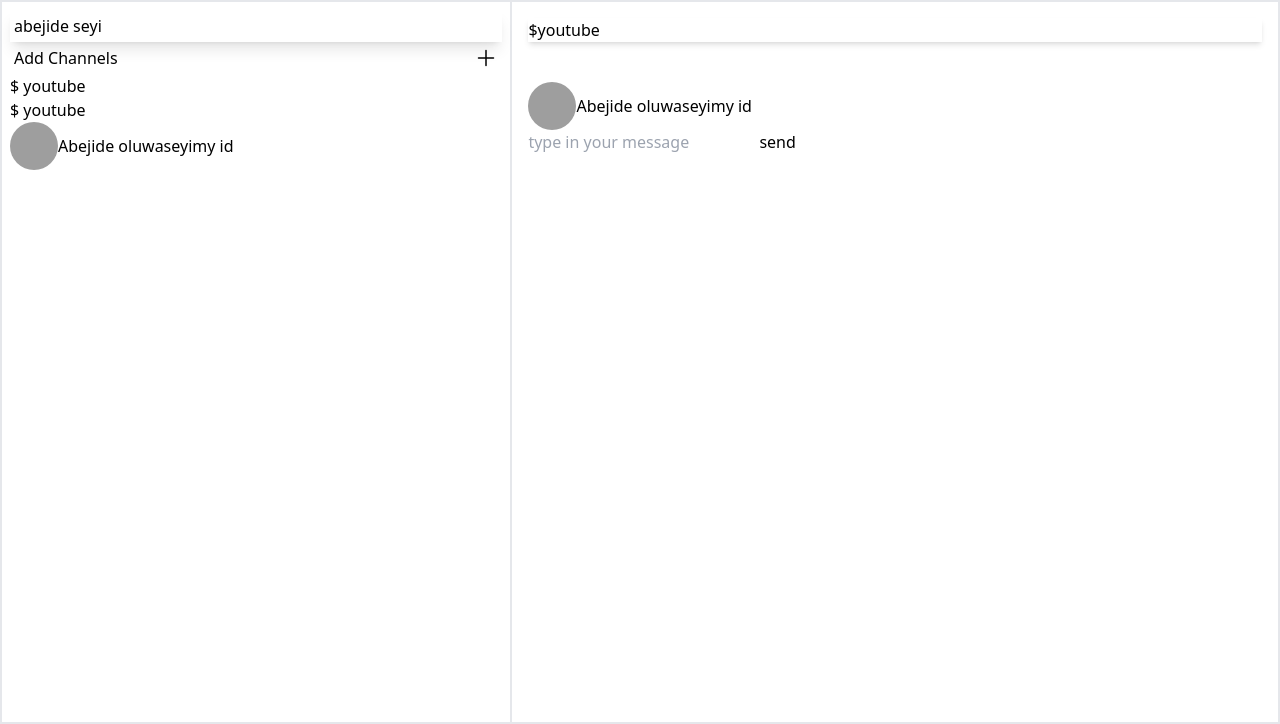
Repository: Semanmernstack/chat-mini
Page: /
The author's editor kept a copy of each file at every save. The page is drawn from the files as they stood at one save, then again after the next save.
The browser window is 1280 px wide. The pictures show the whole page.
Pictures or frames that could not be fetched are drawn as grey boxes. The project was rebuilt for these pictures with package versions that can differ from the ones it lists, and the page was loaded fresh each time. Also part of the build but not shown: src/features/counter/Counter.module.css, src/features/counter/Counter.js.

Above is the page before, as saved 2022-11-14 06:58:53.

### src/App.js
import React from 'react';
import logo from './logo.svg';
import { Counter } from './features/counter/Counter';
import Sidebar from './Sidebar';
import Body from './Body';


function App() {
  return (

    <div className="flex     max-w-screen-xl mx-auto border-2">


      <div className=" flex-[0.4] h-screen ">
        <Sidebar/>
      </div>
      <div className=" flex-[0.6] h-screen">
        <Body/>
      </div>
    </div>
  );
}

export default App;

### src/features/counter/counterSlice.js
import { createAsyncThunk, createSlice } from '@reduxjs/toolkit';
import { fetchCount } from './counterAPI';

const initialState = {
  value: 0,
  status: 'idle',
};

// The function below is called a thunk and allows us to perform async logic. It
// can be dispatched like a regular action: `dispatch(incrementAsync(10))`. This
// will call the thunk with the `dispatch` function as the first argument. Async
// code can then be executed and other actions can be dispatched. Thunks are
// typically used to make async requests.
export const incrementAsync = createAsyncThunk(
  'counter/fetchCount',
  async (amount) => {
    const response = await fetchCount(amount);
    // The value we return becomes the `fulfilled` action payload
    return response.data;
  }
);

export const counterSlice = createSlice({
  name: 'counter',
  initialState,
  // The `reducers` field lets us define reducers and generate associated actions
  reducers: {
    increment: (state) => {
      // Redux Toolkit allows us to write "mutating" logic in reducers. It
      // doesn't actually mutate the state because it uses the Immer library,
      // which detects changes to a "draft state" and produces a brand new
      // immutable state based off those changes
      state.value += 1;
    },
    decrement: (state) => {
      state.value -= 1;
    },
    // Use the PayloadAction type to declare the contents of `action.payload`
    incrementByAmount: (state, action) => {
      state.value += action.payload;
    },
  },
  // The `extraReducers` field lets the slice handle actions defined elsewhere,
  // including actions generated by createAsyncThunk or in other slices.
  extraReducers: (builder) => {
    builder
      .addCase(incrementAsync.pending, (state) => {
        state.status = 'loading';
      })
      .addCase(incrementAsync.fulfilled, (state, action) => {
        state.status = 'idle';
        state.value += action.payload;
      });
  },
});

export const { increment, decrement, incrementByAmount } = counterSlice.actions;

// The function below is called a selector and allows us to select a value from
// the state. Selectors can also be defined inline where they're used instead of
// in the slice file. For example: `useSelector((state: RootState) => state.counter.value)`
export const selectCount = (state) => state.counter.value;

// We can also write thunks by hand, which may contain both sync and async logic.
// Here's an example of conditionally dispatching actions based on current state.
export const incrementIfOdd = (amount) => (dispatch, getState) => {
  const currentValue = selectCount(getState());
  if (currentValue % 2 === 1) {
    dispatch(incrementByAmount(amount));
  }
};

export default counterSlice.reducer;

### src/Sidebar.js
import React from 'react'
import Sidebarlist from './app/Sidebarlist'

function Sidebar() {
  return (
    <div className="flex flex-col h-screen  border-r-2 p-2 ">
        <div   >
        <div className="shadow-lg p-1">
            <h1>abejide seyi</h1>
        </div>
        <div  className="flex p-1   items-center justify-between">
           <h1>Add Channels</h1>
           <svg xmlns="http://www.w3.org/2000/svg" fill="none" viewBox="0 0 24 24" strokeWidth={1.5} stroke="currentColor" className="w-6 h-6">
                <path strokeLinecap="round" strokeLinejoin="round" d="M12 4.5v15m7.5-7.5h-15" />
            </svg>
        </div>
        <div  >
        <Sidebarlist/>
        <Sidebarlist/>


        </div>


        </div>
        <div className=" flex items-center sp">
            <img className="h-12 w-12 rounded-full"   src="https://cdn.pixabay.com/photo/2022/10/17/15/55/meditate-7528123__340.jpg" alt="img" />
            <h3>Abejide oluwaseyi</h3>
            <span>my id</span>
        </div>


    </div>
  )
}

export default Sidebar

### src/Body.js
import React from 'react'
import BodyHeader from './BodyHeader'

function Body() {
  return (
    <div className="flex flex-col ">

        <BodyHeader/>
    </div>
  )
}

export default Body

### src/app/Sidebarlist.js
import React from 'react'

function Sidebarlist() {
  return (
    <div className="flex items-center justify-between">
        <h2>
         $   <span>youtube</span>
        </h2>
    </div>
  )
}

export default Sidebarlist

### src/BodyHeader.js
import React from 'react'

function BodyHeader() {
  return (
    <div className=" flex flex-col  p-4">
        <div className="flex-1">
        <div className="shadow-md mb-10">
            <h1 >$youtube</h1>

        </div>
        <div className=" flex items-center ">
            <img className="h-12 w-12 rounded-full"   src="https://cdn.pixabay.com/photo/2022/10/17/15/55/meditate-7528123__340.jpg" alt="img" />
            <h3>Abejide oluwaseyi</h3>
            <span>my id</span>
        </div>
        </div>
        <form>
            <input type="text" placeholder='type in your message' />
            <button>send</button>
        </form>
    </div>
  )
}

export default BodyHeader

Loaded but not shown: public/index.html (common file); src/index.js (common file); src/app/store.js (common file); src/reportWebVitals.js (common file); src/index.css (common file); src/features/counter/counterAPI.js (common file); tailwind.config.js (common file)

After the next save:
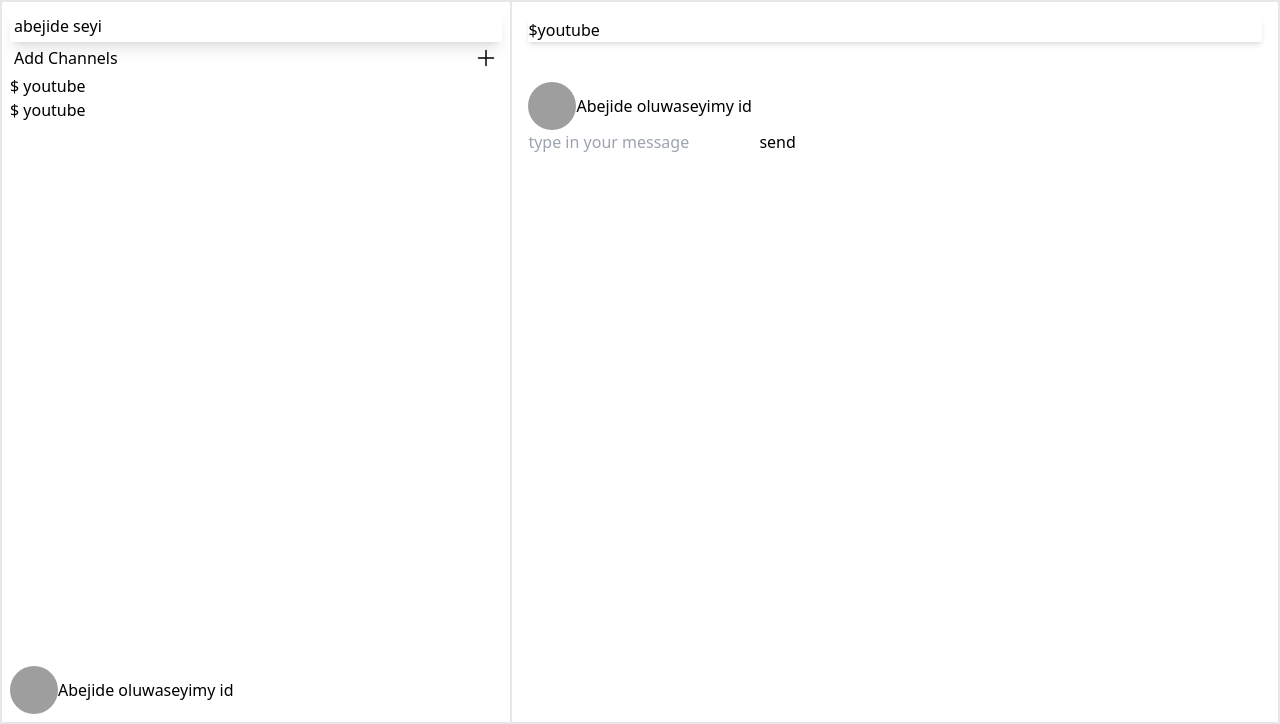
Saved 15 s later.
--- a/src/Sidebar.js
+++ b/src/Sidebar.js
@@ -4,7 +4,7 @@ import Sidebarlist from './app/Sidebarlist'
 function Sidebar() {
   return (
     <div className="flex flex-col h-screen  border-r-2 p-2 ">
-        <div   >
+        <div className="flex-1"  >
         <div className="shadow-lg p-1">
             <h1>abejide seyi</h1>
         </div>
